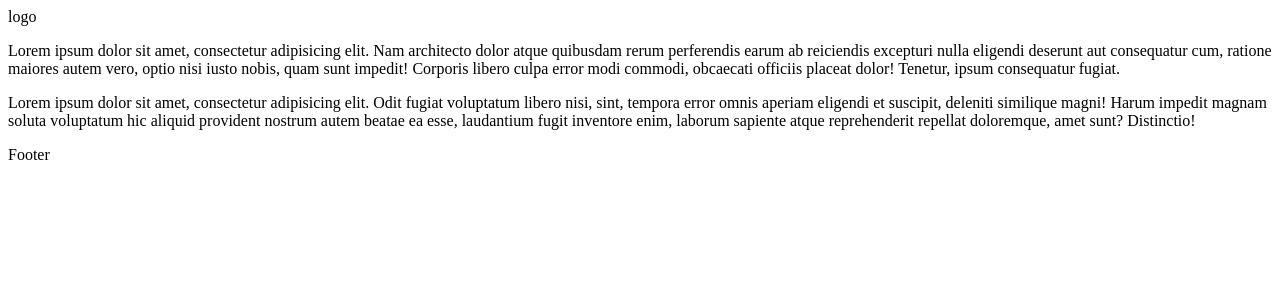
Repository: MariaPSegarra/Testing-Responsive
Page: index.html
The author's editor kept a record of every edit. The page is drawn from the files as they stood at one moment, then again after the next edit.
The browser window is 1280 px wide. The pictures show the whole page.

Above is the page before.

### index.html
<!DOCTYPE html>
<html lang="en">
<head>
    <meta charset="UTF-8">
    <meta name="viewport" content="width=device-width, initial-scale=1.0">
    <meta http-equiv="X-UA-Compatible" content="ie=edge">
<link rel="stylesheet" href="main.css" type="text/css" />
    <title>Document</title>
</head>
<body>
   <main class="main">
       <header class="header">
       <div class="logo">logo</div>
       </header>
       <section class="section">
           <div class="vcenter">

           <article class="article column column-60">
               <p class="section-paragraph">
                  Lorem ipsum dolor sit amet, consectetur adipisicing elit. Nam architecto dolor atque quibusdam rerum perferendis earum ab reiciendis excepturi nulla eligendi deserunt aut consequatur cum, ratione maiores autem vero, optio nisi iusto nobis, quam sunt impedit! Corporis libero culpa error modi commodi, obcaecati officiis placeat dolor! Tenetur, ipsum consequatur fugiat.
               </p>
           </article>
           <aside class="aside column column-40">
               <p class="section-paragraph">
                   Lorem ipsum dolor sit amet, consectetur adipisicing elit. Odit fugiat voluptatum libero nisi, sint, tempora error omnis aperiam eligendi et suscipit, deleniti similique magni! Harum impedit magnam soluta voluptatum hic aliquid provident nostrum autem beatae ea esse, laudantium fugit inventore enim, laborum sapiente atque reprehenderit repellat doloremque, amet sunt? Distinctio!
               </p>
           </aside>
       </section>

       <footer class="footer">Footer</footer>
       </main>

</body>
</html>

### main.css
.navDefault {
    position: fixed;
    top: 0;
    left: 0;
    right: 0;
    background-color: #4a4a4f;
}

button {
    border: none;
    background-color: #0997d3;
    width: 150px;
    height: 50px;
    color: #fff;
    text-transform: uppercase;
    cursor: pointer;
}

.dropdownMenu{
    list-style: none;
    margin:0;
    padding: 0;
    position: absolute;
    left: 0;
    right: 0;
    top: 50px;
    width: 150px;
    text-align: center;
    box-shadow: 0px 6px 10px 0px rgba(0, 0, 0, 0.2);
}

.dropdownLink {
    text-decoration: none;
    display: block;
    background-color: f9f9f9;
    color: #4a4a4f;
    padding: 10px 5px;
    transition: background-color .5s, ease-in-out, color .5s;
}

.dropdownLink:hover {
    color: #fff;
    background-color: #a0a0a3;
}

.dropdown {
    width: 150px;
    position: relative;
}

.dropdown:hover button {
    background-color: #018ec5;
}

After the next edit:
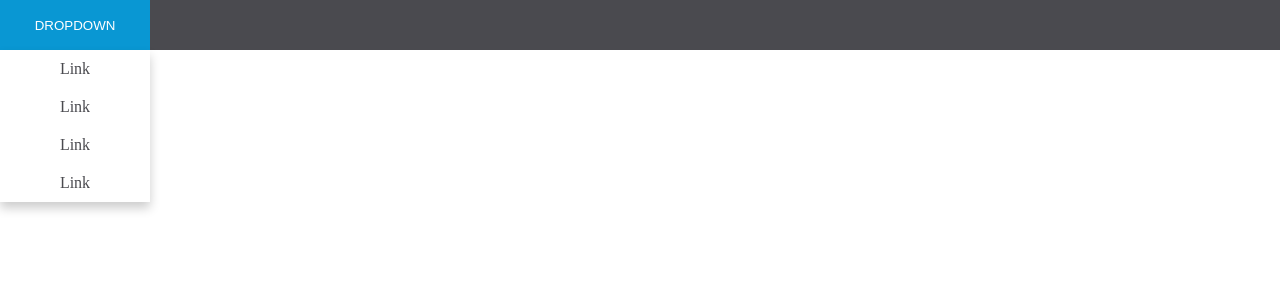
The edit:
--- a/index.html
+++ b/index.html
@@ -8,27 +8,15 @@
     <title>Document</title>
 </head>
 <body>
-   <main class="main">
-       <header class="header">
-       <div class="logo">logo</div>
-       </header>
-       <section class="section">
-           <div class="vcenter">
+   <nav class="navDefault">
 
-           <article class="article column column-60">
-               <p class="section-paragraph">
-                  Lorem ipsum dolor sit amet, consectetur adipisicing elit. Nam architecto dolor atque quibusdam rerum perferendis earum ab reiciendis excepturi nulla eligendi deserunt aut consequatur cum, ratione maiores autem vero, optio nisi iusto nobis, quam sunt impedit! Corporis libero culpa error modi commodi, obcaecati officiis placeat dolor! Tenetur, ipsum consequatur fugiat.
-               </p>
-           </article>
-           <aside class="aside column column-40">
-               <p class="section-paragraph">
-                   Lorem ipsum dolor sit amet, consectetur adipisicing elit. Odit fugiat voluptatum libero nisi, sint, tempora error omnis aperiam eligendi et suscipit, deleniti similique magni! Harum impedit magnam soluta voluptatum hic aliquid provident nostrum autem beatae ea esse, laudantium fugit inventore enim, laborum sapiente atque reprehenderit repellat doloremque, amet sunt? Distinctio!
-               </p>
-           </aside>
-       </section>
-
-       <footer class="footer">Footer</footer>
-       </main>
-
+    <button>Dropdown</button>
+        <ul class="dropdownMenu">
+            <li class="dropdownItem"><a href="" class="dropdownLink">Link</a></li>
+            <li class="dropdownItem"><a href="" class="dropdownLink">Link</a></li>
+            <li class="dropdownItem"><a href="" class="dropdownLink">Link</a></li>
+            <li class="dropdownItem"><a href="" class="dropdownLink">Link</a></li>
+        </ul>
+     </nav>
 </body>
 </html>
